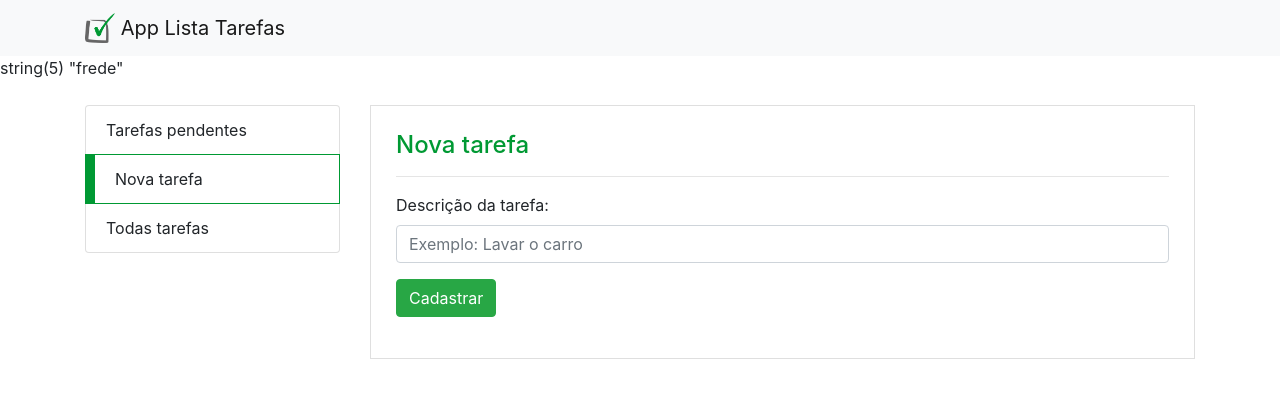
Repository: FredeRibeiro/htdocs-Desenvolvimento-Web-Completo-2019
Page: http://localhost/nova_tarefa.php
The author's editor kept a copy of each file at every save. The page is drawn from the files as they stood at one save, then again after the next save.
The browser window is 1280 px wide. The pictures show the whole page.
Some web libraries are served in a nearby version. The page is run by PHP 8.4 with error messages shown; the project is at /var/www/html/.

Above is the page before, as saved 2019-10-21 14:04:56.

### app_lista_tarefas_public/nova_tarefa.php
<html>

<head>
	<meta charset="utf-8" />
	<meta name="viewport" content="width=device-width, initial-scale=1">
	<title>App Lista Tarefas</title>

	<link rel="stylesheet" href="css/estilo.css">
	<link rel="stylesheet" href="https://stackpath.bootstrapcdn.com/bootstrap/4.1.3/css/bootstrap.min.css" integrity="sha384-MCw98/SFnGE8fJT3GXwEOngsV7Zt27NXFoaoApmYm81iuXoPkFOJwJ8ERdknLPMO" crossorigin="anonymous">
	<link rel="stylesheet" href="https://use.fontawesome.com/releases/v5.3.1/css/all.css" integrity="sha384-mzrmE5qonljUremFsqc01SB46JvROS7bZs3IO2EmfFsd15uHvIt+Y8vEf7N7fWAU" crossorigin="anonymous">
</head>

<body>
	<nav class="navbar navbar-light bg-light">
		<div class="container">
			<a class="navbar-brand" href="#">
				<img src="img/logo.png" width="30" height="30" class="d-inline-block align-top" alt="">
				App Lista Tarefas
			</a>
		</div>
	</nav>
	<?php
	$variavel = 'frede';
	var_dump($variavel);
	?>
	<div class="container app">
		<div class="row">
			<div class="col-md-3 menu">
				<ul class="list-group">
					<li class="list-group-item"><a href="index.php">Tarefas pendentes</a></li>
					<li class="list-group-item active"><a href="#">Nova tarefa</a></li>
					<li class="list-group-item"><a href="todas_tarefas.php">Todas tarefas</a></li>
				</ul>
			</div>

			<div class="col-md-9">
				<div class="container pagina">
					<div class="row">
						<div class="col">
							<h4>Nova tarefa</h4>
							<hr />

							<form method="post" action="tarefa_controller.php">
								<div class="form-group">
									<label>Descrição da tarefa:</label>
									<input name="tarefa" type="text" class="form-control" placeholder="Exemplo: Lavar o carro">
								</div>

								<button class="btn btn-success">Cadastrar</button>
							</form>
						</div>
					</div>
				</div>
			</div>
		</div>
	</div>
</body>

</html>

Loaded but not shown: app_lista_tarefas_public/css/estilo.css (common file)

After the next save:
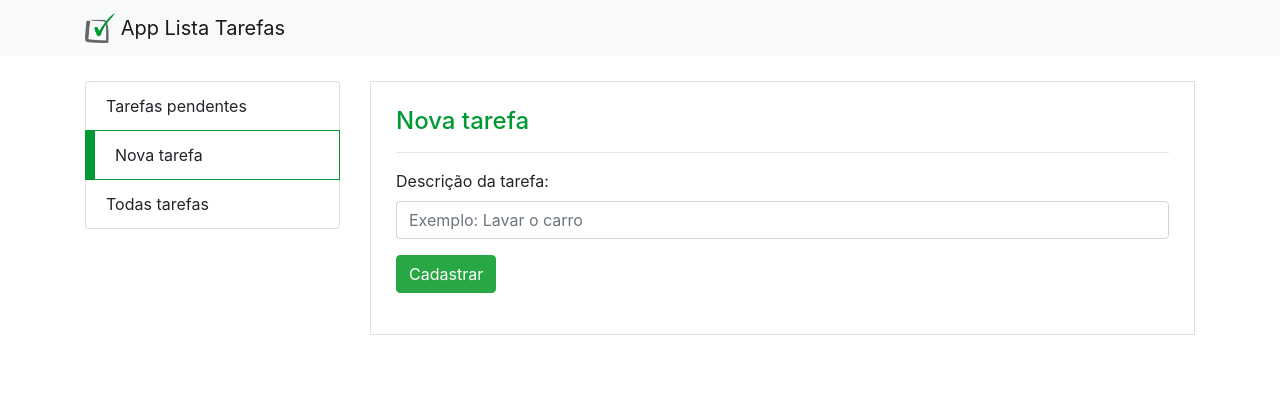
Saved 39 s later.
--- a/app_lista_tarefas_public/nova_tarefa.php
+++ b/app_lista_tarefas_public/nova_tarefa.php
@@ -19,10 +19,11 @@
 			</a>
 		</div>
 	</nav>
-	<?php
-	$variavel = 'frede';
-	var_dump($variavel);
-	?>
+	<?php if (isset($_GET['inclusao']) && $_GET['inclusao'] == 1) { ?>
+		<div class="bg-success pt-2 text-white d-flex justify-content-center">
+			<h5>Tarefa inserida com sucesso!</h5>
+		</div>
+	<?php } ?>
 	<div class="container app">
 		<div class="row">
 			<div class="col-md-3 menu">
